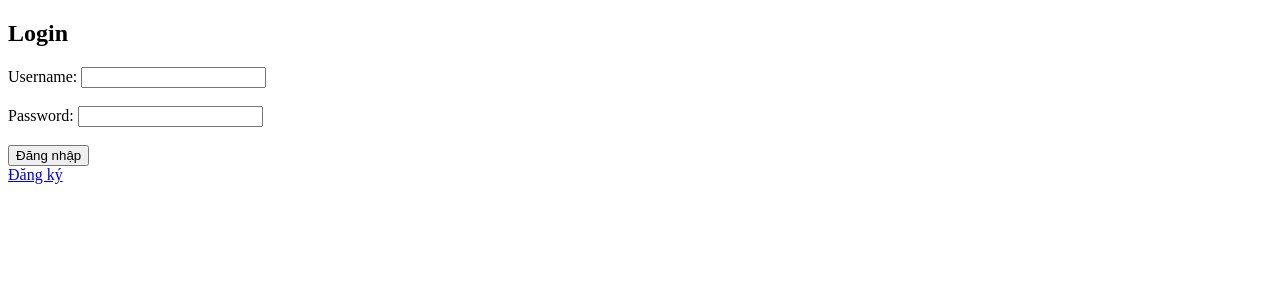
Repository: nghiakma/Login_Register_php
Page: http://localhost/login1.php
These files come from the project's save history. The page is drawn as it stood at one moment and after the next save; the edit follows.
The browser window is 1280 px wide. The pictures show the whole page.
The page is run by PHP 8.4 with error messages shown; the project is at /var/www/html/.

Above is the page before, as saved 2023-04-19 12:27:04.

### login1.php
<!DOCTYPE html>
<html lang="en">

<head>
    <meta charset="UTF-8">
    <title>Login</title>

</head>

<body>
    <form action="./login.php" method="post">
        <h2>Login</h2>
        <label for="username">Username:</label>
        <input type="text" name="username" id="username">
        <br>
        <br>
        <label for="password">Password:</label>
        <input type="password" name="password" id="password">
        <br>
        <br>
        <input type="submit" name="login" value="Đăng nhập">
    </form>
    <?php
    $servername = "localhost";
    $username1 = "root";
    $password1 = "";
    $db = "account";


    $conn = mysqli_connect($servername, $username1, $password1, $db);
    if (mysqli_connect_errno()) {
        echo "Error connecting to server: ";
        exit();
    }
    if (isset($_POST['login'])) { //kiem tra mot bien nao do da dc khoi tao trong bo nho may tinh hay chua
        $username = $_POST['username'];
        $password = $_POST['password'];

        // Kiểm tra thông tin đăng nhập của người dùng
        $result = mysqli_query($conn, "SELECT * from user where username='$username' and password='$password'");
        $row = mysqli_fetch_assoc($result);
        if ($row) {
            header("Location:index.html");
        } else {
        }
    }
    ?>
    <a href="./regiter.php">Đăng ký</a>
</body>

</html>

After the next save:
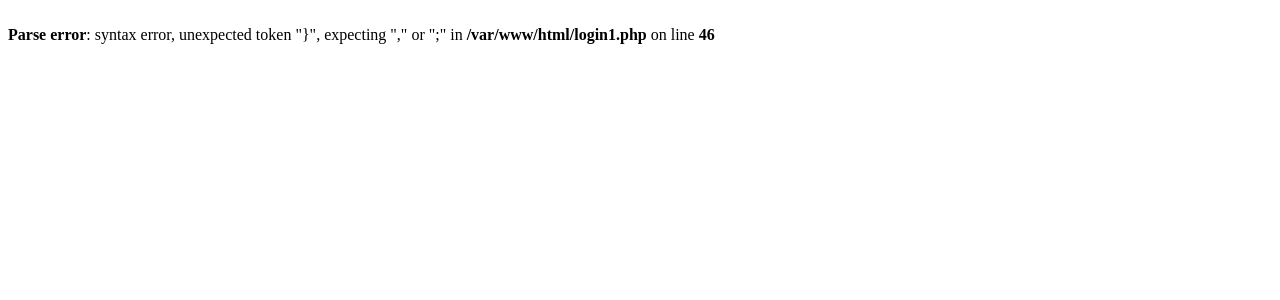
Saved 21 s later.
--- a/login1.php
+++ b/login1.php
@@ -42,6 +42,7 @@
         if ($row) {
             header("Location:index.html");
         } else {
+            echo "Tên đăng nhập hoặc mật khẩu không đúng"
         }
     }
     ?>

After the save that followed:
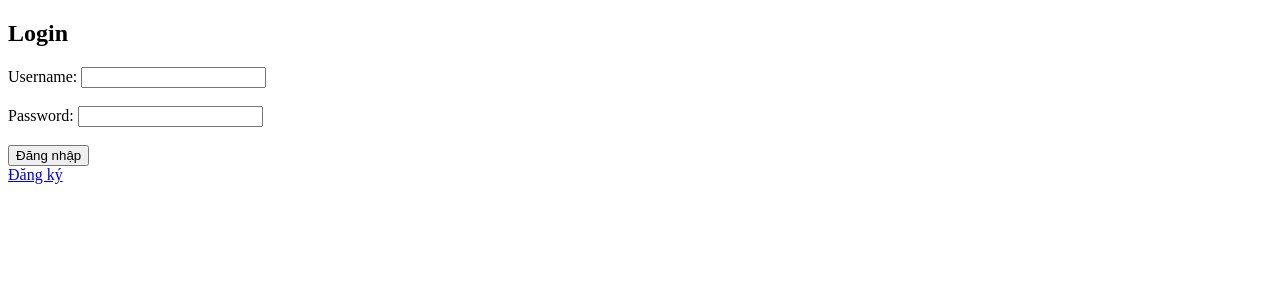
Saved 5 s later.
--- a/login1.php
+++ b/login1.php
@@ -42,7 +42,7 @@
         if ($row) {
             header("Location:index.html");
         } else {
-            echo "Tên đăng nhập hoặc mật khẩu không đúng"
+            echo "Tên đăng nhập hoặc mật khẩu không đúng";
         }
     }
     ?>
